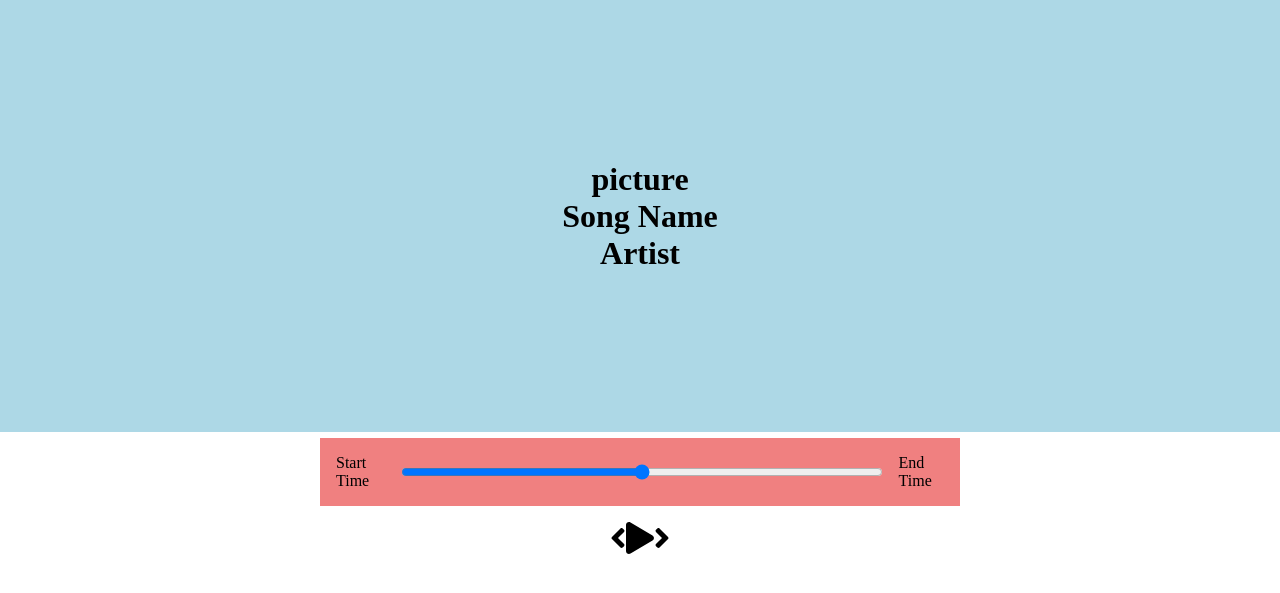
Repository: Elue-dev/music-app
Page: /
The author's editor kept a copy of each file at every save. The page is drawn from the files as they stood at one save, then again after the next save.
The browser window is 1280 px wide. The pictures show the whole page.
The project was rebuilt for these pictures with package versions that can differ from the ones it lists, and the page was loaded fresh each time.

Above is the page before, as saved 2020-11-09 00:01:42.

### src/index.js
import React from 'react';
import ReactDOM from 'react-dom';
import "./styles/app.scss";

import App from './App';
import reportWebVitals from './reportWebVitals';

ReactDOM.render(
  <React.StrictMode>
    <App />
  </React.StrictMode>,
  document.getElementById('root')
);

// If you want to start measuring performance in your app, pass a function
// to log results (for example: reportWebVitals(console.log))
// or send to an analytics endpoint. Learn more: https://bit.ly/CRA-vitals
reportWebVitals();

### src/styles/app.scss
*{
    margin: 0;
    padding: 0;
    box-sizing: border-box;
}
@import "./player";
@import "./song"

### src/App.js
import React from 'react';
// adding components
import Player from './components/Player';
import Song from './components/Song';
// import styles
import "./styles/app.scss";


function App() {
  return (
    <div className="App">
   <Song />
   <Player />
    </div>
  );
}

export default App;

### src/styles/_player.scss
.player{
    min-height: 20vh;
    display: flex;
    flex-direction: column;
    align-items: center;
    justify-content: center;
}

.time-control{
    width: 50%;
    background: lightcoral;
    display: flex;
    input{
        width: 100%;
        padding: 1rem 2rem;
    }
    p{
        padding: 1rem;
    }

}
.play-control{
    display: flex;
    justify-content: space-between;
    align-items: center;
    padding: 1rem;
}

### src/styles/_song.scss
.song-container{
    min-height: 60vh;
    background: lightblue;
    display: flex;
    flex-direction: column;
    align-items: center;
    justify-content: center;
}

### src/components/Player.js
import React from 'react';
import {FontAwesomeIcon } from '@fortawesome/react-fontawesome';
import { faPlay, faAngleLeft, faAngleRight } from '@fortawesome/free-solid-svg-icons';


const Player = () => {
    return (
        <div className="player">
          <div className="time-control">
              <p>Start Time</p>
              <input type="range" />
              <p>End Time</p>
          </div>
          <div className="play-control">
              <FontAwesomeIcon className="skip-back" size="2x" icon={faAngleLeft} />

              <FontAwesomeIcon className="play" size="2x" icon={faPlay} />

              <FontAwesomeIcon className="skip-forward"size="2x" icon={faAngleRight} />

          </div>
        </div>
    )
}


export default Player

### src/components/Song.js
import React from 'react';


const Song = () => {
    return (
        <div className="song-container">
          <h1>picture</h1>
          <h1>Song Name</h1>
          <h1>Artist</h1>
        </div>
    )
}


export default Song

Loaded but not shown: src/reportWebVitals.js (common file)

After the next save:
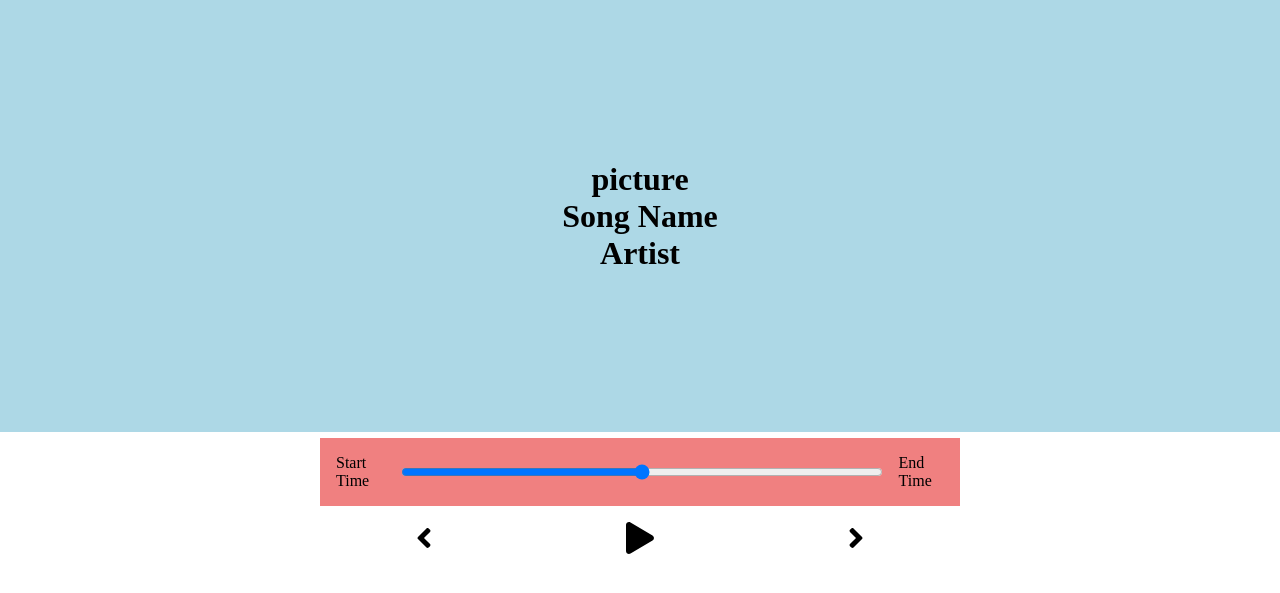
Saved 51 s later.
--- a/src/styles/_player.scss
+++ b/src/styles/_player.scss
@@ -24,4 +24,5 @@
     justify-content: space-between;
     align-items: center;
     padding: 1rem;
+    width: 30rem;
 }
